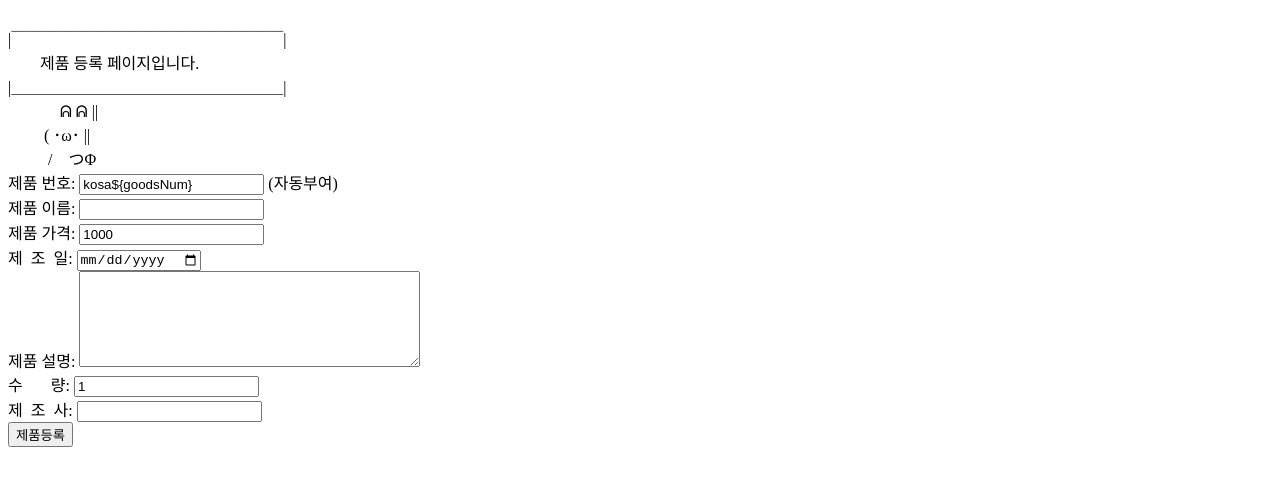
Repository: doram2/dodam
Page: http://localhost/thymeleaf/goods/goodsForm
These files come from the project's save history. The page is drawn as it stood at one moment and after the next save; the edit follows.
The browser window is 1280 px wide. The pictures show the whole page.
The page is this project's Thymeleaf template; nobody is signed in. The template is opened directly, without the code that normally fills it, so the values that code supplies are empty.

Above is the page before, as saved 2022-01-20 06:06:41.

After the next save:
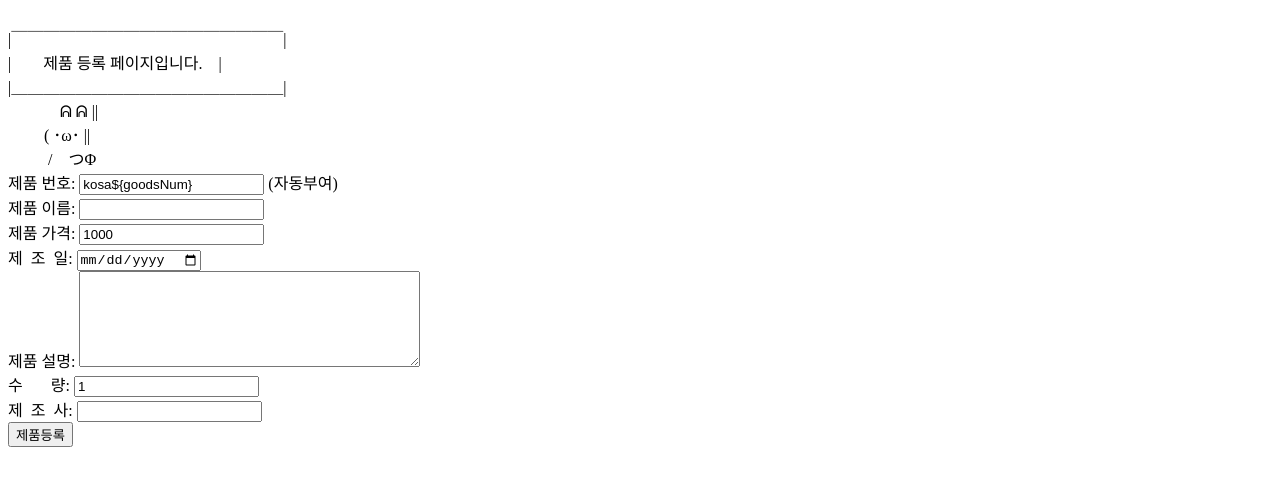
Saved 21 s later.
--- a/springBootTest2/src/main/resources/templates/thymeleaf/goods/goodsForm.html
+++ b/springBootTest2/src/main/resources/templates/thymeleaf/goods/goodsForm.html
@@ -7,7 +7,7 @@
 <body>
 	<br/>
 |￣￣￣￣￣￣￣￣￣￣￣￣￣￣￣￣￣| <br/>
-&nbsp;&nbsp;&nbsp;&nbsp;&nbsp;&nbsp;&nbsp;&nbsp;제품 등록 페이지입니다.<br/>
+|&nbsp;&nbsp;&nbsp;&nbsp;&nbsp;&nbsp;&nbsp;&nbsp;제품 등록 페이지입니다.&nbsp;&nbsp;&nbsp;&nbsp;|<br/>
 |＿＿＿＿＿＿＿＿＿＿＿＿＿＿＿＿＿| <br/>
 　&nbsp;&nbsp;&nbsp;&nbsp;　        ᕱ ᕱ  ||<br/>
 　&nbsp;&nbsp;&nbsp;&nbsp;           ( ･ω･ ||<br/>
